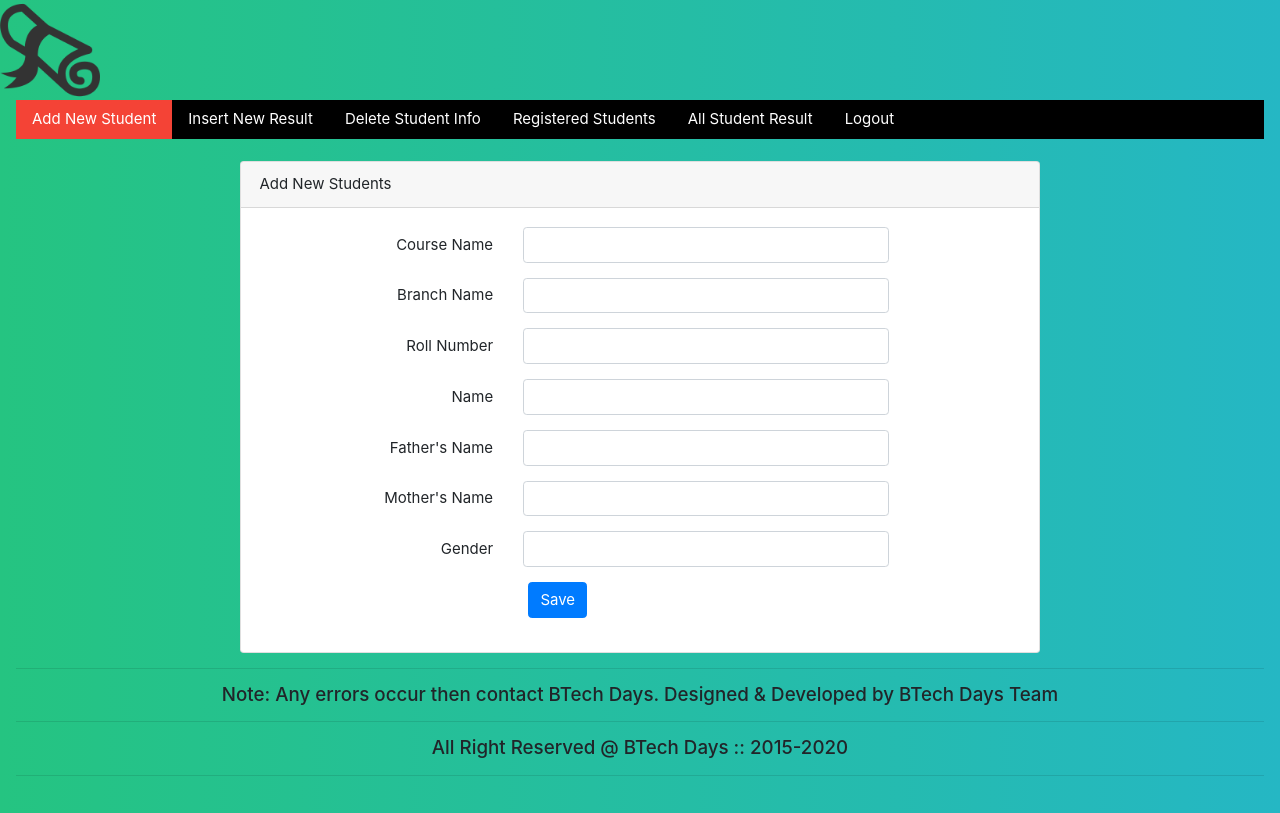
Repository: AlkaDas991/Dbms
Page: http://localhost/Student_Record_Management/adminHome.jsp
These files come from the project's save history. The page is drawn as it stood at one moment and after the next save; the edit follows.
The browser window is 1280 px wide. The pictures show the whole page.
Some web fonts or font styles are not loaded; a fallback is used. Some web libraries are served in a nearby version. The page is served by Tomcat 9. Other server files are loaded and not shown. Queries for data that is not in the repository find no rows.

Above is the page before, as saved 2021-03-13 03:52:30.
Console error: TypeError: Cannot read properties of undefined (reading 'fn')

### Student Record Management/WebContent/adminHome.jsp
<%@include file="header.html"%>
<!DOCTYPE html>
<html>
<title>IIIT,BBSR</title>
<body>
<img src="logo.png"  align="left"width="100" height="100">
<div class="w3-container">
  <div class="w3-bar w3-black">
    <button class="w3-bar-item w3-button tablink w3-red" onclick="openCity(event,'London')">Add New Student</button>
    <button class="w3-bar-item w3-button tablink" onclick="openCity(event,'Paris')">Insert New Result</button>
    <button class="w3-bar-item w3-button tablink" onclick="openCity(event,'Singapore')">Delete Student Info</button>
    <button class="w3-bar-item w3-button tablink" onclick="openCity(event,'Tokyo')">Registered Students</button>
     <button class="w3-bar-item w3-button tablink" onclick="openCity(event,'Tokyo1')">All Student Result</button>
     <a href="adminLogin.jsp" class="w3-bar-item w3-button tablink">Logout</a>
  </div>

  <div id="London" class="w3-container city">
  <br>
   <link href="//maxcdn.bootstrapcdn.com/bootstrap/4.1.1/css/bootstrap.min.css" rel="stylesheet" id="bootstrap-css">
<script src="//maxcdn.bootstrapcdn.com/bootstrap/4.1.1/js/bootstrap.min.js"></script>
<script src="//cdnjs.cloudflare.com/ajax/libs/jquery/3.2.1/jquery.min.js"></script>
<!------ Alright Include the above in your HEAD tag ---------->

<!doctype html>
<html lang="en">
<head>
    <!--OK Required meta tags -->
    <meta charset="utf-8">
    <meta name="viewport" content="width=device-width, initial-scale=1, shrink-to-fit=no">

    <!-- Fonts -->
    <link rel="dns-prefetch" href="https://fonts.gstatic.com">
    <link href="https://fonts.googleapis.com/css?family=Raleway:300,400,600" rel="stylesheet" type="text/css">



    <link rel="icon" href="Favicon.png">

    <!-- Bootstrap CSS -->
    <link rel="stylesheet" href="https://stackpath.bootstrapcdn.com/bootstrap/4.1.3/css/bootstrap.min.css">
</head>
<body>
<main class="my-form">
    <div class="cotainer">
        <div class="row justify-content-center">
            <div class="col-md-8">
                    <div class="card">
                        <div class="card-header">Add New Students</div>
                        <div class="card-body">
                            <form name="my-form" onsubmit="return validform()" action="addNewStudent.jsp" method="post">
                                <div class="form-group row">
                                    <label for="full_name" class="col-md-4 col-form-label text-md-right">Course Name</label>
                                    <div class="col-md-6">
                                        <input type="text"  class="form-control" name="course">
                                    </div>
                                </div>

                                <div class="form-group row">
                                    <label for="email_address" class="col-md-4 col-form-label text-md-right">Branch Name</label>
                                    <div class="col-md-6">
                                        <input type="text"  class="form-control" name="branch">
                                    </div>
                                </div>

                                <div class="form-group row">
                                    <label for="user_name" class="col-md-4 col-form-label text-md-right">Roll Number</label>
                                    <div class="col-md-6">
                                        <input type="text" class="form-control" name="rollNo">
                                    </div>
                                </div>

                                <div class="form-group row">
                                    <label for="phone_number" class="col-md-4 col-form-label text-md-right">Name</label>
                                    <div class="col-md-6">
                                        <input type="text"  class="form-control" name="name">
                                    </div>
                                </div>

                                <div class="form-group row">
                                    <label for="present_address" class="col-md-4 col-form-label text-md-right">Father's Name</label>
                                    <div class="col-md-6">
                                        <input type="text"  class="form-control" name="fatherName">
                                    </div>
                                </div>

                                <div class="form-group row">
                                    <label for="present_address" class="col-md-4 col-form-label text-md-right">Mother's Name</label>
                                    <div class="col-md-6">
                                        <input type="text"  class="form-control" name="motherName">
                                    </div>
                                </div>

                                <div class="form-group row">
                                    <label for="permanent_address" class="col-md-4 col-form-label text-md-right">Gender</label>
                                    <div class="col-md-6">
                                        <input type="text" class="form-control" name="gender">
                                    </div>
                                </div>

                                    <div class="col-md-6 offset-md-4">
                                        <button type="submit" class="btn btn-primary">
                                        Save
                                        </button>
                                    </div>

                            </form>
                        </div>
                    </div>
            </div>
        </div>
    </div>
</main>

<script src="https://code.jquery.com/jquery-3.3.1.slim.min.js"></script>
<script src="https://cdnjs.cloudflare.com/ajax/libs/popper.js/1.14.3/umd/popper.min.js"></script>
<script src="https://stackpath.bootstrapcdn.com/bootstrap/4.1.3/js/bootstrap.min.js"></script>
</body>
  </div>
<!-- 2rd part -->

  <div id="Paris" class="w3-container city" style="display:none">
  <br>
  <link href="//maxcdn.bootstrapcdn.com/bootstrap/4.1.1/css/bootstrap.min.css" rel="stylesheet" id="bootstrap-css">
<script src="//maxcdn.bootstrapcdn.com/bootstrap/4.1.1/js/bootstrap.min.js"></script>
<script src="//cdnjs.cloudflare.com/ajax/libs/jquery/3.2.1/jquery.min.js"></script>
<!------ Include the above in your HEAD tag ---------->

<!doctype html>
<html lang="en">
<head>
    <!-- Required meta tags -->
    <meta charset="utf-8">
    <meta name="viewport" content="width=device-width, initial-scale=1, shrink-to-fit=no">

    <!-- Fonts -->
    <link rel="dns-prefetch" href="https://fonts.gstatic.com">
    <link href="https://fonts.googleapis.com/css?family=Raleway:300,400,600" rel="stylesheet" type="text/css">



    <link rel="icon" href="Favicon.png">

    <!-- Bootstrap CSS -->
    <link rel="stylesheet" href="https://stackpath.bootstrapcdn.com/bootstrap/4.1.3/css/bootstrap.min.css">

</head>
<body>
<main class="my-form">
    <div class="cotainer">
        <div class="row justify-content-center">
            <div class="col-md-8">
                    <div class="card">
                        <div class="card-header">Insert New Result</div>
                        <div class="card-body">
                            <form name="my-form" onsubmit="return validform()" action="insertNewResult.jsp" method="post">
                                <div class="form-group row">
                                    <label for="full_name" class="col-md-4 col-form-label text-md-right">Roll Number</label>
                                    <div class="col-md-6">
                                        <input type="text"class="form-control" name="rollNo">
                                    </div>
                                </div>

                                <div class="form-group row">
                                    <label for="email_address" class="col-md-4 col-form-label text-md-right">DAA</label>
                                    <div class="col-md-6">
                                        <input type="text"  class="form-control" name="DAA">
                                    </div>
                                </div>

                                <div class="form-group row">
                                    <label for="user_name" class="col-md-4 col-form-label text-md-right">DBMS</label>
                                    <div class="col-md-6">
                                        <input type="text"  class="form-control" name="DBMS">
                                    </div>
                                </div>

                                <div class="form-group row">
                                    <label for="phone_number" class="col-md-4 col-form-label text-md-right">COA</label>
                                    <div class="col-md-6">
                                        <input type="text"  class="form-control" name="COA">
                                    </div>
                                </div>

                                <div class="form-group row">
                                    <label for="present_address" class="col-md-4 col-form-label text-md-right">Discrete Maths</label>
                                    <div class="col-md-6">
                                        <input type="text"  class="form-control" name="DM">
                                    </div>
                                </div>

                                <div class="form-group row">
                                    <label for="permanent_address" class="col-md-4 col-form-label text-md-right">AMC</label>
                                    <div class="col-md-6">
                                        <input type="text"  class="form-control" name="AMC">
                                    </div>
                                </div>

                                 <div class="form-group row">
                                    <label for="permanent_address" class="col-md-4 col-form-label text-md-right">Communication Skills</label>
                                    <div class="col-md-6">
                                        <input type="text"  class="form-control" name="CS">
                                    </div>
                                </div>


                                    <div class="col-md-6 offset-md-4">
                                        <button type="submit" class="btn btn-primary">
                                       Save
                                        </button>
                                    </div>

                            </form>
                        </div>
                    </div>
            </div>
        </div>
        <br>
    </div>

</main>

<script src="https://code.jquery.com/jquery-3.3.1.slim.min.js"></script>
<script src="https://cdnjs.cloudflare.com/ajax/libs/popper.js/1.14.3/umd/popper.min.js"></script>
<script src="https://stackpath.bootstrapcdn.com/bootstrap/4.1.3/js/bootstrap.min.js"></script>
</body>
</html>
  </div>

 <div id="Singapore" class="w3-container  city" style="display:none">
  <br>
  <link href="//maxcdn.bootstrapcdn.com/bootstrap/4.1.1/css/bootstrap.min.css" rel="stylesheet" id="bootstrap-css">
<script src="//maxcdn.bootstrapcdn.com/bootstrap/4.1.1/js/bootstrap.min.js"></script>
<script src="//cdnjs.cloudflare.com/ajax/libs/jquery/3.2.1/jquery.min.js"></script>
<!------ Include the above in your HEAD tag ---------->

<!doctype html>
<html lang="en">
<head>
    <!-- Required meta tags -->
    <meta charset="utf-8">
    <meta name="viewport" content="width=device-width, initial-scale=1, shrink-to-fit=no">

    <!-- Fonts -->
    <link rel="dns-prefetch" href="https://fonts.gstatic.com">
    <link href="https://fonts.googleapis.com/css?family=Raleway:300,400,600" rel="stylesheet" type="text/css">



    <link rel="icon" href="Favicon.png">

    <!-- Bootstrap CSS -->
    <link rel="stylesheet" href="https://stackpath.bootstrapcdn.com/bootstrap/4.1.3/css/bootstrap.min.css">

</head>
<body>
<main class="my-form">
    <div class="cotainer">
        <div class="row justify-content-center">
            <div class="col-md-8">
                    <div class="card">
                        <div class="card-header">Delete Student Info</div>
                        <div class="card-body">
                            <form name="my-form" onsubmit="return validform()" action="deleteStudent.jsp" method="post">
                                <div class="form-group row">
                                    <label for="full_name" class="col-md-4 col-form-label text-md-right">Name</label>
                                    <div class="col-md-6">
                                        <input type="text"class="form-control" name="name">
                                    </div>
                                </div>

                                <div class="form-group row">
                                    <label for="full_name" class="col-md-4 col-form-label text-md-right">RollNo</label>
                                    <div class="col-md-6">
                                        <input type="text"  class="form-control" name="rollNo">
                                    </div>
                                </div>


                                    <div class="col-md-6 offset-md-4">
                                        <button type="submit" class="btn btn-primary">
                                       Save
                                        </button>
                                    </div>

                            </form>
                        </div>
                    </div>
            </div>
        </div>
        <br>
    </div>

</main>

<script src="https://code.jquery.com/jquery-3.3.1.slim.min.js"></script>
<script src="https://cdnjs.cloudflare.com/ajax/libs/popper.js/1.14.3/umd/popper.min.js"></script>
<script src="https://stackpath.bootstrapcdn.com/bootstrap/4.1.3/js/bootstrap.min.js"></script>
</body>
</html>
  </div>

  <div id="Tokyo" class="w3-container city" style="display:none">

<section>
  <!--for demo wrap-->
  <div class="tbl-header">
    <table cellpadding="0" cellspacing="0" border="0">
      <thead>
        <tr>
         <th>Course Name</th>
          <th>Branch Name</th>
          <th>Roll Number</th>
          <th>Name</th>
          <th>Father Name</th>
          <th>Gender</th>
        </tr>
      </thead>
    </table>
  </div>
  <div class="tbl-content">
    <table cellpadding="0" cellspacing="0" border="0">
      <tbody>
      	<%@page import = "Project.ConnectionProvider" %>
      	<%@page import = "java.sql.*" %>
      	<%
      		try{
      			Connection con = ConnectionProvider.getCon();
      			Statement st = con.createStatement();
      			ResultSet rs = st.executeQuery("select * from student");
      			while(rs.next()){

      	%>
        <tr>
        <!--get values from each column  -->
          <td><%=rs.getString(1)%></td>
          <td><%=rs.getString(2)%></td>
          <td><%=rs.getString(3)%></td>
          <td><%=rs.getString(4)%></td>
          <td><%=rs.getString(5)%></td>
          <td><%=rs.getString(6)%></td>
        </tr>
      </tbody>
      <%}}
      	catch(Exception e){

      	}
      %>
    </table>
  </div>
</section>
</div>
<div id="Tokyo1" class="w3-container city" style="display:none">

<section>
  <!--for demo wrap-->
  <div class="tbl-header">
    <table cellpadding="0" cellspacing="0" border="0">
      <thead>
        <tr>
          <th>Roll Number</th>
          <th>DAA</th>
          <th>DBMS</th>
          <th>COA</th>
          <th>DM</th>
          <th>AMC</th>
          <th>CS</th>
        </tr>
      </thead>
    </table>
  </div>
  <div class="tbl-content">
    <table cellpadding="0" cellspacing="0" border="0">
      <tbody>
      <%@page import = "Project.ConnectionProvider" %>
      <%@page import = "java.sql.*" %>
      <%
      	try{
      		Connection con = ConnectionProvider.getCon();
    		Statement st = con.createStatement();
    		ResultSet rs = st.executeQuery("select * from result");
      		while(rs.next()){
      %>
        <tr>
          <td><%=rs.getString(1)%></td>
          <td><%=rs.getString(2)%></td>
          <td><%=rs.getString(3)%></td>
          <td><%=rs.getString(4)%></td>
          <td><%=rs.getString(5)%></td>
          <td><%=rs.getString(6)%></td>
          <td><%=rs.getString(7)%></td>
        </tr>
      <%}}
      catch(Exception e){}
      %>
      </tbody>
    </table>
  </div>
</section>

</div>
    <hr class="new1">
 <center><h5>Note: Any errors occur then contact BTech Days.
Designed & Developed by BTech Days Team</h5></center>
  <hr class="new1">
<center><h5>All Right Reserved @ BTech Days :: 2015-2020</h5></center>
  <hr class="new1">
<br>
</body>
</html>

### Student Record Management/src/Project/ConnectionProvider.java
package Project;
import java.sql.*;
public class ConnectionProvider {
	public static Connection getCon() {
		try {
			Class.forName("oracle.jdbc.driver.OracleDriver");
			Connection con = DriverManager.getConnection("jdbc:oracle:thin:@localhost:1521:XE","system","manager");
			return con;
		}
		catch(Exception e){
			System.out.println(e);
			return null;
		}
	}
}

Loaded but not shown: Student Record Management/WebContent/header.html (355 lines, source omitted)

After the next save:
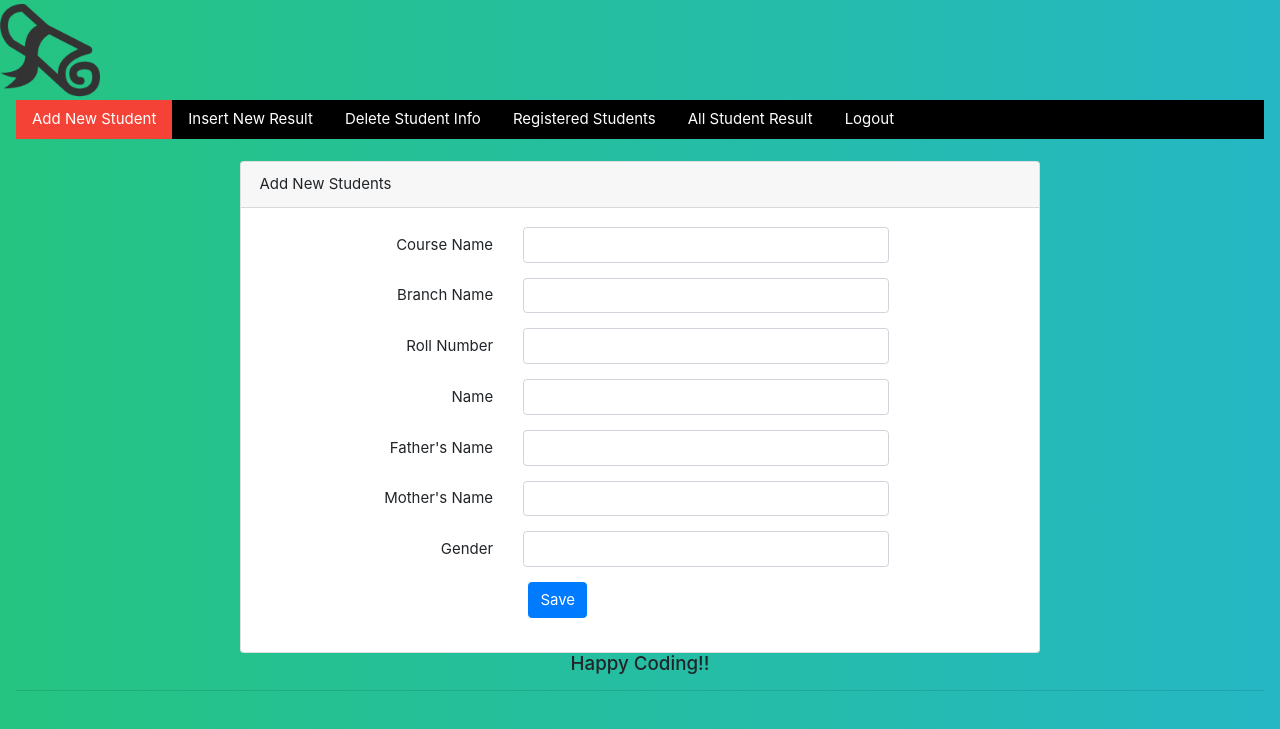
Saved 2 min 11 s later.
--- a/Student Record Management/WebContent/adminHome.jsp
+++ b/Student Record Management/WebContent/adminHome.jsp
@@ -398,11 +398,7 @@
 </section>
 
 </div>
-    <hr class="new1">
- <center><h5>Note: Any errors occur then contact BTech Days.
-Designed & Developed by BTech Days Team</h5></center>
-  <hr class="new1">
-<center><h5>All Right Reserved @ BTech Days :: 2015-2020</h5></center>
+<center><h5>Happy Coding!!</h5></center>
   <hr class="new1">
 <br>
 </body>
